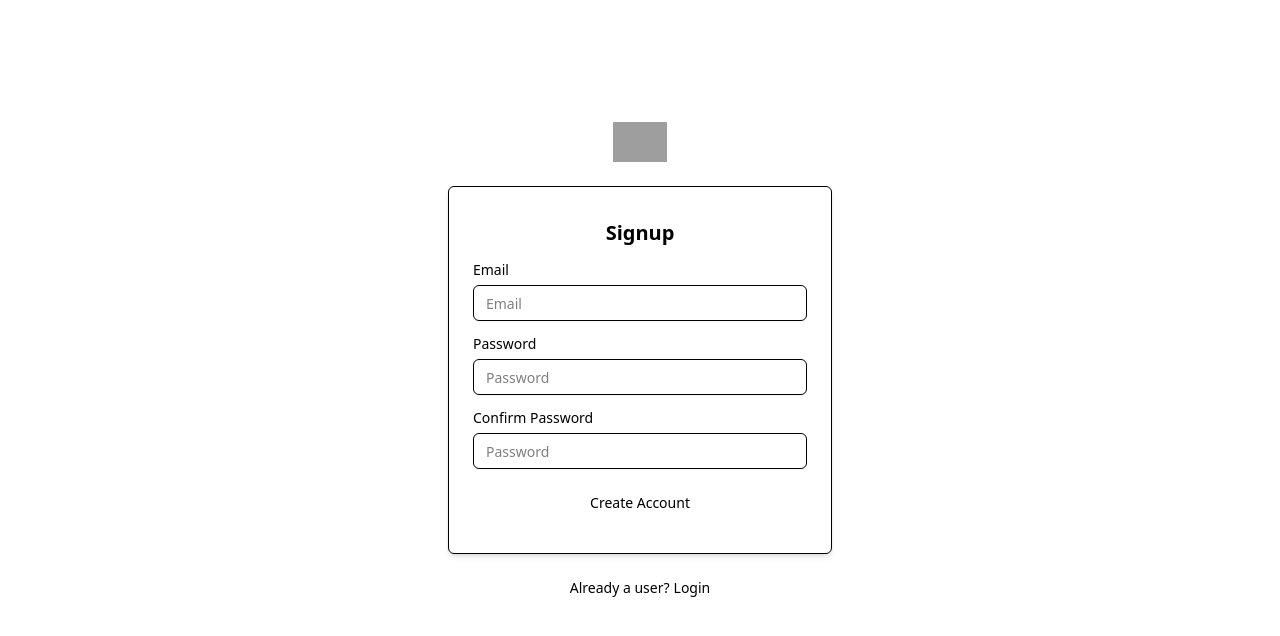
Repository: Syed-Mohsin-Ali786/frontend-expense-tracker
Page: /signup
The author's editor kept a copy of each file at every save. The page is drawn from the files as they stood at one save, then again after the next save.
The browser window is 1280 px wide. The pictures show the whole page.
Pictures or frames that could not be fetched are drawn as grey boxes. The project was rebuilt for these pictures with package versions that can differ from the ones it lists, and the page was loaded fresh each time. Also part of the build but not shown: src/components/ui/dialog.tsx, src/components/AddExpenseDialog.tsx, src/pages/MainPage.tsx.

Above is the page before, as saved 2025-09-30 10:41:00.

### index.html
<!doctype html>
<html lang="en">
  <head>
    <meta charset="UTF-8" />
    <link rel="icon" type="image/svg+xml" href="/ExpenseTracker.png" />
    <meta name="viewport" content="width=device-width, initial-scale=1.0" />
    <title>Expense Tracker</title>
  </head>
  <body>
    <div id="root"></div>
    <script type="module" src="/src/main.tsx"></script>
  </body>
</html>

### src/main.tsx
import { StrictMode } from "react";
import { createRoot } from "react-dom/client";

import App from "./App.tsx";
import { BrowserRouter } from "react-router-dom";

createRoot(document.getElementById("root")!).render(
    <StrictMode>
  <BrowserRouter>
      <App />
  </BrowserRouter>
    </StrictMode>
);

### src/App.tsx
import { Route, Routes } from "react-router-dom";
import MainPage from "./pages/MainPage";
import "./App.css";
import SignUp from "./pages/SignUp";


function App() {
  return (
    <>
    <Routes>

      <Route path="/" element={<MainPage/>}/>
      <Route path="/signup" element={<SignUp/>}/>
    </Routes>
    </>
  );
}

export default App;

### src/pages/SignUp.tsx
import { Button } from "@/components/ui/button";
import { Input } from "@/components/ui/input";
import { Label } from "@/components/ui/label";

interface Signup2Props {
  heading?: string;
  logo?: {
    url: string;
    src: string;
    alt: string;
    title?: string;
  };
  buttonText?: string;
  googleText?: string;
  signupText?: string;
  signupUrl?: string;
}

const SignUp = ({
  heading = "Signup",
  logo = {
    url: "https://www.shadcnblocks.com",
    src: "https://deifkwefumgah.cloudfront.net/shadcnblocks/block/logos/shadcnblockscom-wordmark.svg",
    alt: "logo",
    title: "shadcnblocks.com",
  },
  buttonText = "Create Account",
  signupText = "Already a user?",
  signupUrl = "https://shadcnblocks.com",
}: Signup2Props) => {
  return (
    <section className="bg-muted h-screen">
      <div className="flex h-full items-center justify-center">
        <div className="flex flex-col items-center gap-6 lg:justify-start">
          {/* Logo */}
          <a href={logo.url}>
            <img
              src={logo.src}
              alt={logo.alt}
              title={logo.title}
              className="h-10 dark:invert"
            />
          </a>
          <div className="min-w-sm border-muted bg-background flex w-full max-w-sm flex-col items-center gap-y-4 rounded-md border px-6 py-8 shadow-md">
            {heading && <h1 className="text-xl font-semibold">{heading}</h1>}
            <div className="flex w-full flex-col gap-2">
              <Label>Email</Label>
              <Input
                type="email"
                placeholder="Email"
                className="text-sm"
                required
              />
            </div>
            <div className="flex w-full flex-col gap-2">
              <Label>Password</Label>
              <Input
                type="password"
                placeholder="Password"
                className="text-sm"
                required
              />
            </div>
            <div className="flex w-full flex-col gap-2">
              <Label>Confirm Password</Label>
              <Input
                type="password"
                placeholder="Password"
                className="text-sm"
                required
              />
            </div>
            <Button variant={"ghost"} type="submit" className="w-full">
              {buttonText}
            </Button>
          </div>
          <div className="text-muted-foreground flex justify-center gap-1 text-sm">
            <p>{signupText}</p>
            <a
              href={signupUrl}
              className="text-primary font-medium hover:underline"
            >
              Login
            </a>
          </div>
        </div>
      </div>
    </section>
  );
};

export default SignUp;

### src/components/ui/button.tsx
import * as React from "react"
import { Slot } from "@radix-ui/react-slot"
import { cva, type VariantProps } from "class-variance-authority"

import { cn } from "@/lib/utils"

const buttonVariants = cva(
  "inline-flex items-center justify-center gap-2 whitespace-nowrap rounded-md text-sm font-medium transition-all disabled:pointer-events-none disabled:opacity-50 [&_svg]:pointer-events-none [&_svg:not([class*='size-'])]:size-4 shrink-0 [&_svg]:shrink-0 outline-none focus-visible:border-ring focus-visible:ring-ring/50 focus-visible:ring-[3px] aria-invalid:ring-destructive/20 dark:aria-invalid:ring-destructive/40 aria-invalid:border-destructive",
  {
    variants: {
      variant: {
        default: "bg-primary text-primary-foreground hover:bg-primary/90",
        destructive:
          "bg-destructive text-white hover:bg-destructive/90 focus-visible:ring-destructive/20 dark:focus-visible:ring-destructive/40 dark:bg-destructive/60",
        outline:
          "border bg-background shadow-xs hover:bg-accent hover:text-accent-foreground dark:bg-input/30 dark:border-input dark:hover:bg-input/50",
        secondary:
          "bg-secondary text-secondary-foreground hover:bg-secondary/80",
        ghost:
          "hover:bg-accent hover:text-accent-foreground dark:hover:bg-accent/50",
        link: "text-primary underline-offset-4 hover:underline",
        expense:"cursor-pointer hover:bg-blue-600 bg-blue-500  md:px-6 lg:px-8 rounded-[12px] font-semibold text-[#ffff] text-2xl"
      },
      size: {
        default: "h-9 px-4 py-2 has-[>svg]:px-3",
        sm: "h-8 rounded-md gap-1.5 px-3 has-[>svg]:px-2.5",
        lg: "h-10 rounded-md px-6 has-[>svg]:px-4",
        icon: "size-9",
      },
    },
    defaultVariants: {
      variant: "default",
      size: "default",
    },
  }
)

function Button({
  className,
  variant,
  size,
  asChild = false,
  ...props
}: React.ComponentProps<"button"> &
  VariantProps<typeof buttonVariants> & {
    asChild?: boolean
  }) {
  const Comp = asChild ? Slot : "button"

  return (
    <Comp
      data-slot="button"
      className={cn(buttonVariants({ variant, size, className }))}
      {...props}
    />
  )
}

export { Button }

### src/components/ui/input.tsx
import * as React from "react"

import { cn } from "@/lib/utils"

function Input({ className, type, ...props }: React.ComponentProps<"input">) {
  return (
    <input
      type={type}
      data-slot="input"
      className={cn(
        "file:text-foreground placeholder:text-muted-foreground selection:bg-primary selection:text-primary-foreground dark:bg-input/30 border-input h-9 w-full min-w-0 rounded-md border bg-transparent px-3 py-1 text-base shadow-xs transition-[color,box-shadow] outline-none file:inline-flex file:h-7 file:border-0 file:bg-transparent file:text-sm file:font-medium disabled:pointer-events-none disabled:cursor-not-allowed disabled:opacity-50 md:text-sm",
        "focus-visible:border-ring focus-visible:ring-ring/50 focus-visible:ring-[3px]",
        "aria-invalid:ring-destructive/20 dark:aria-invalid:ring-destructive/40 aria-invalid:border-destructive",
        className
      )}
      {...props}
    />
  )
}

export { Input }

Loaded but not shown: src/App.css (common file); src/components/ui/label.tsx (common file); src/lib/utils.ts (common file)

After the next save:
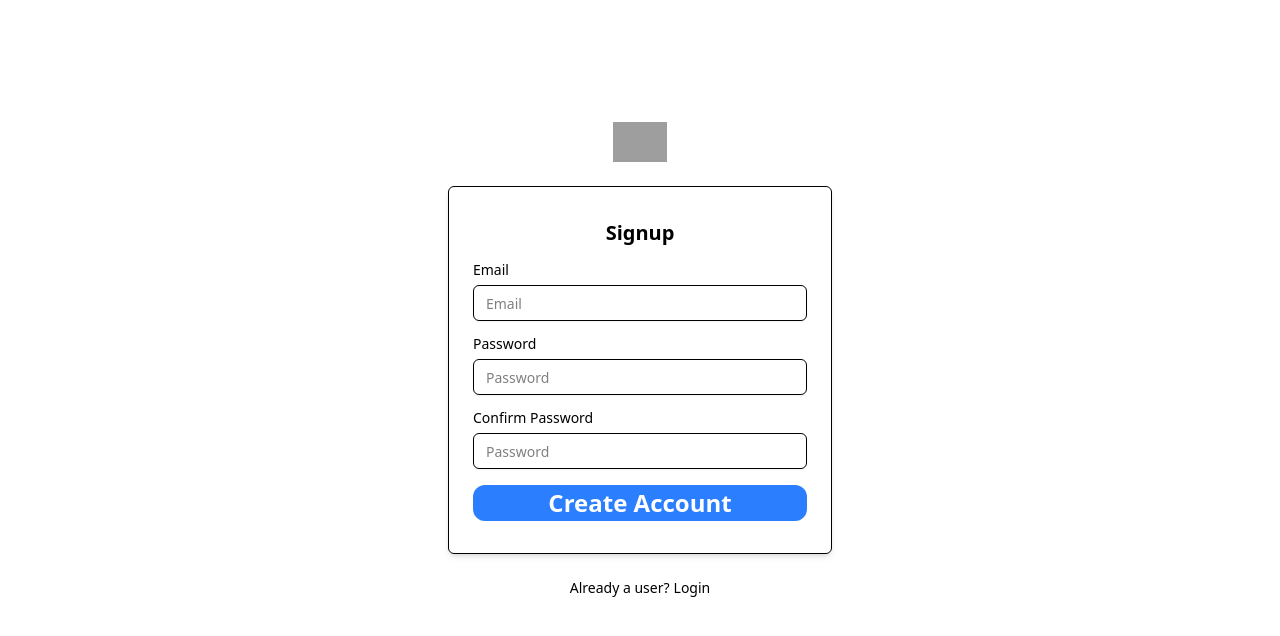
Saved 13 s later.
--- a/src/pages/SignUp.tsx
+++ b/src/pages/SignUp.tsx
@@ -70,7 +70,7 @@ const SignUp = ({
                 required
               />
             </div>
-            <Button variant={"ghost"} type="submit" className="w-full">
+            <Button variant={"expense"} type="submit" className="w-full">
               {buttonText}
             </Button>
           </div>
